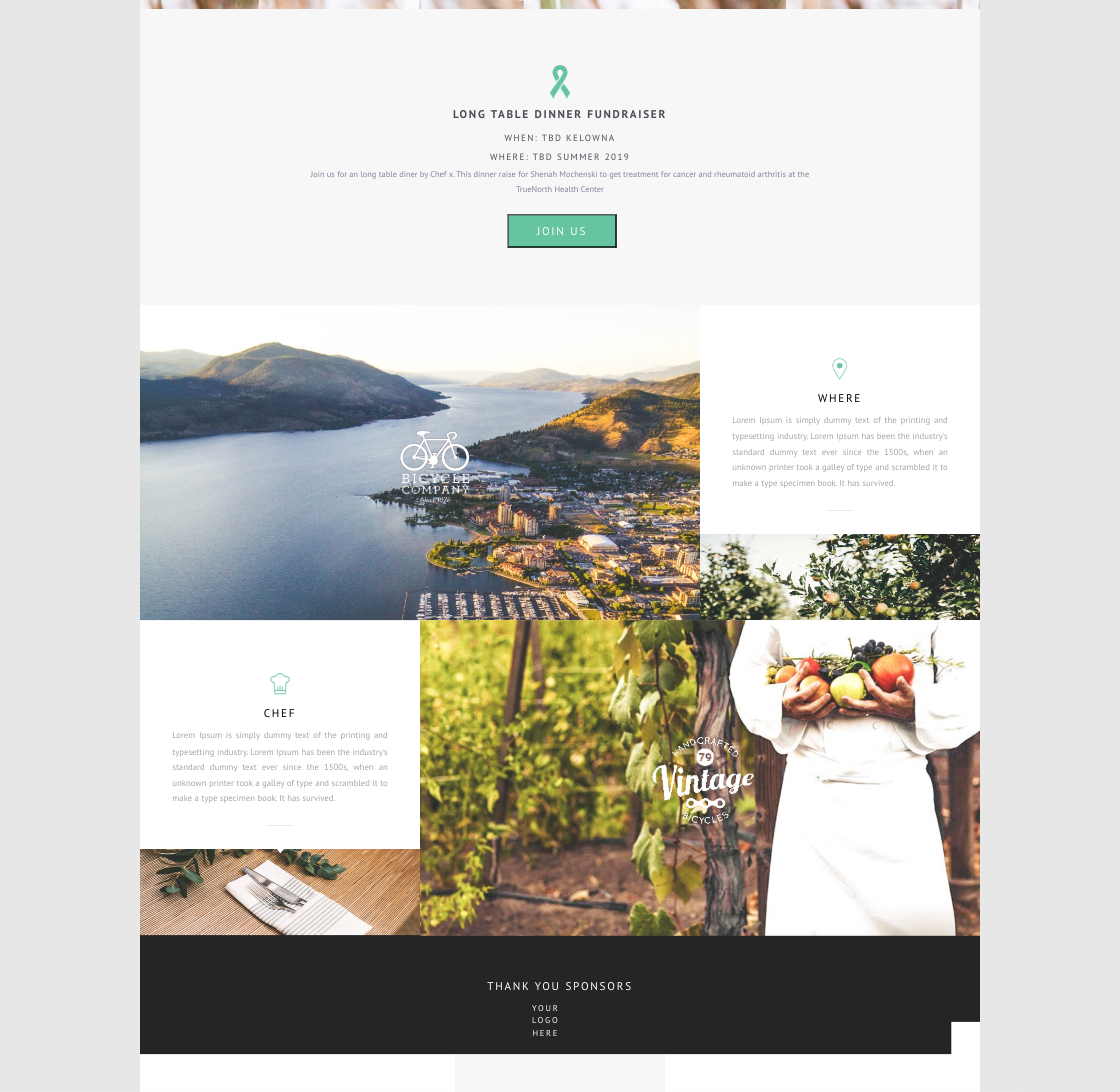
Repository: vancodes/longtable
Page: index.html
The author's editor kept a copy of each file at every save. The page is drawn from the files as they stood at one save, then again after the next save.
The browser window is 1280 px wide. The page is 1600 px wide, so the pictures cover 1600 px, including what lies to the right of the window. The pictures show the part of the page from y = 737 to 2297 px (the page is 2297 px tall), at 70% of full size.

Above is the page before, as saved 2019-04-08 16:24:48.

After the next save:
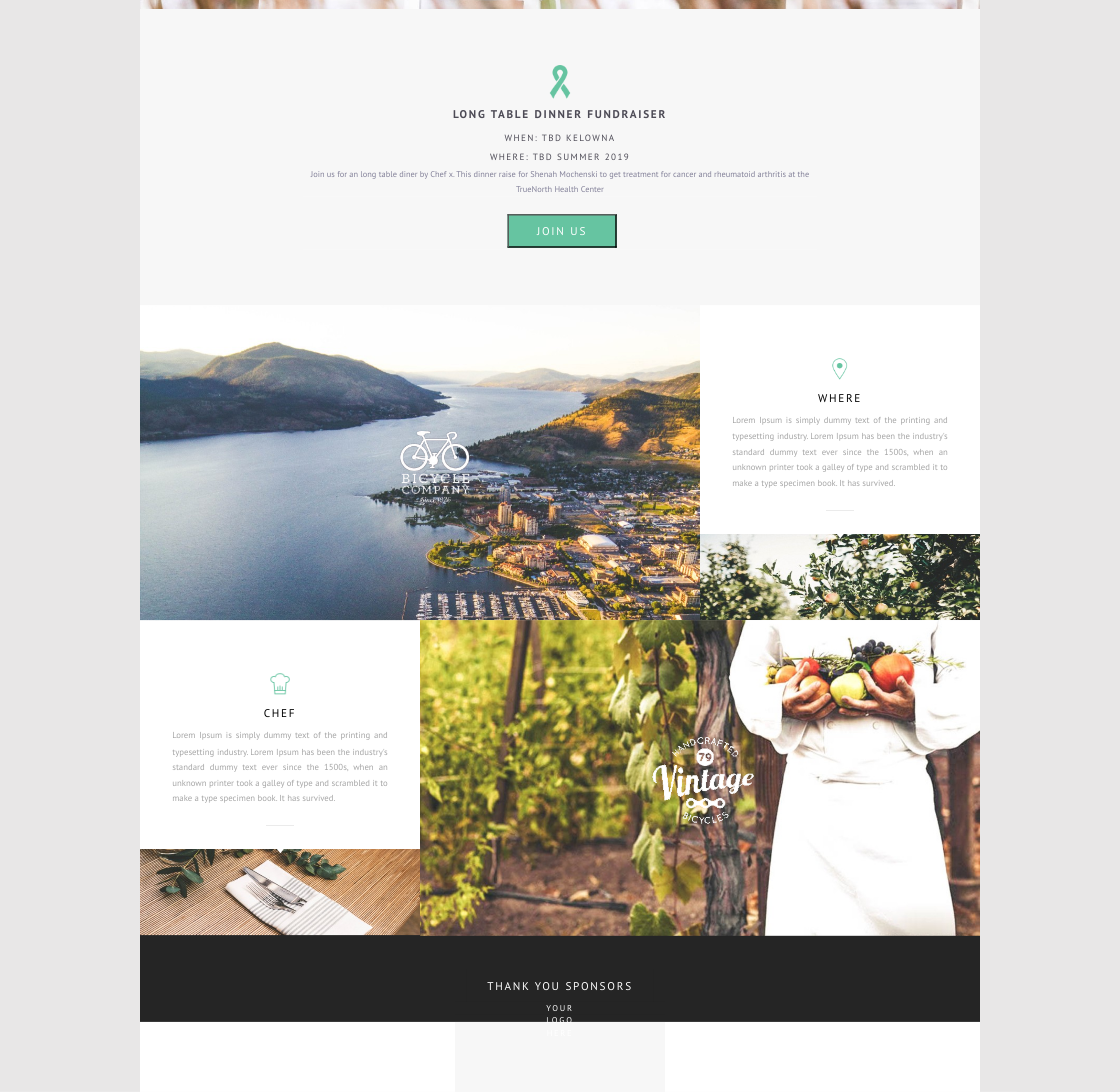
Saved 23 s later.
--- a/index.css
+++ b/index.css
@@ -571,13 +571,13 @@
   background-color: #252525;
 }
 
-.sponsor-logo {
+/*.sponsor-logo {
   position: absolute;
   background-color: #252525;
   height: 75px;
   padding-right: 80px;
   padding-left: 80px;
-}
+}*/
 
 .sponsor-logo p {
   border: none;

After the save that followed:
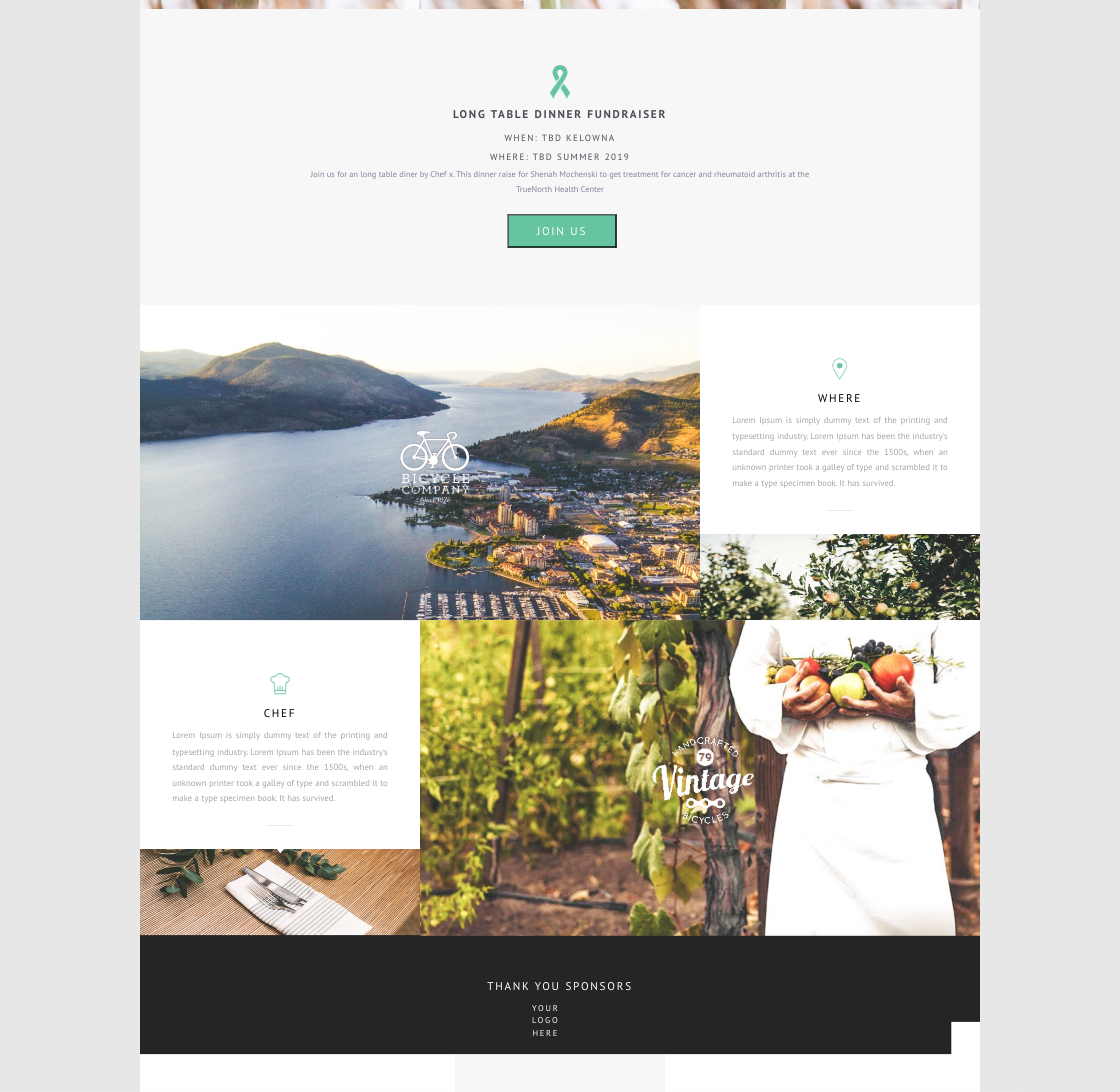
Saved 91 s later.
--- a/index.css
+++ b/index.css
@@ -571,13 +571,13 @@
   background-color: #252525;
 }
 
-/*.sponsor-logo {
+.sponsor-logo {
   position: absolute;
   background-color: #252525;
   height: 75px;
   padding-right: 80px;
   padding-left: 80px;
-}*/
+}
 
 .sponsor-logo p {
   border: none;
